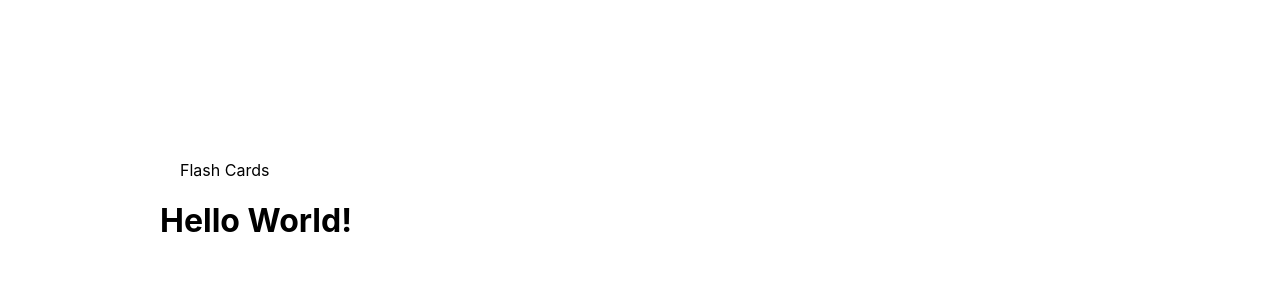
Repository: spacebaboon/ts-flashcards
Page: /
An editor plug-in stored every save of this project. The page is shown before and after the next save, followed by the edit.
The browser window is 1280 px wide. The pictures show the whole page.
The project was rebuilt for these pictures with package versions that can differ from the ones it lists, and the page was loaded fresh each time.

Above is the page before, as saved 2020-10-07 16:07:48.

### src/App.tsx
import React from "react";
import { Header } from "./common/Header";
import styled from "styled-components";

const StyledApp = styled.div`
  margin: 10em;
  textalign: center;
`;

function App() {
  return (
    <StyledApp>
      <Header />
      <h1>Hello World!</h1>
    </StyledApp>
  );
}

export default App;

### src/common/Header.tsx
import React from "react";
import styled from "styled-components";

const StyledHeader = styled.header`
  display: flex;
    margin: 20px;
`;

export const Header = () => (
  <StyledHeader>
    <span>Flash Cards</span>
  </StyledHeader>
);

Loaded but not shown: src/index.js (common file); src/index.css (common file); src/serviceWorker.js (common file)

After the next save:
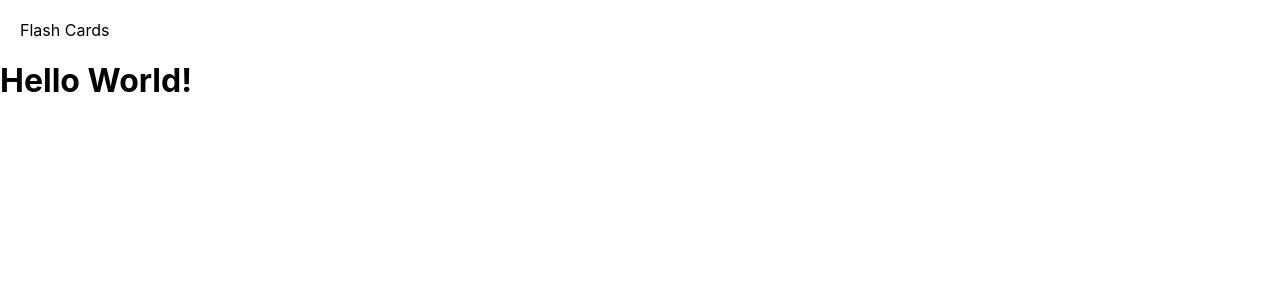
Saved 41 s later.
--- a/src/App.tsx
+++ b/src/App.tsx
@@ -1,18 +1,20 @@
 import React from "react";
 import { Header } from "./common/Header";
-import styled from "styled-components";
+import styled, {createGlobalStyle} from "styled-components";
 
-const StyledApp = styled.div`
-  margin: 10em;
-  textalign: center;
+const GlobalStyle = createGlobalStyle`
+  body {
+    background-color: #ade0cb;
+  }
 `;
+
 
 function App() {
   return (
-    <StyledApp>
+    <div>
       <Header />
       <h1>Hello World!</h1>
-    </StyledApp>
+    </div>
   );
 }
 
